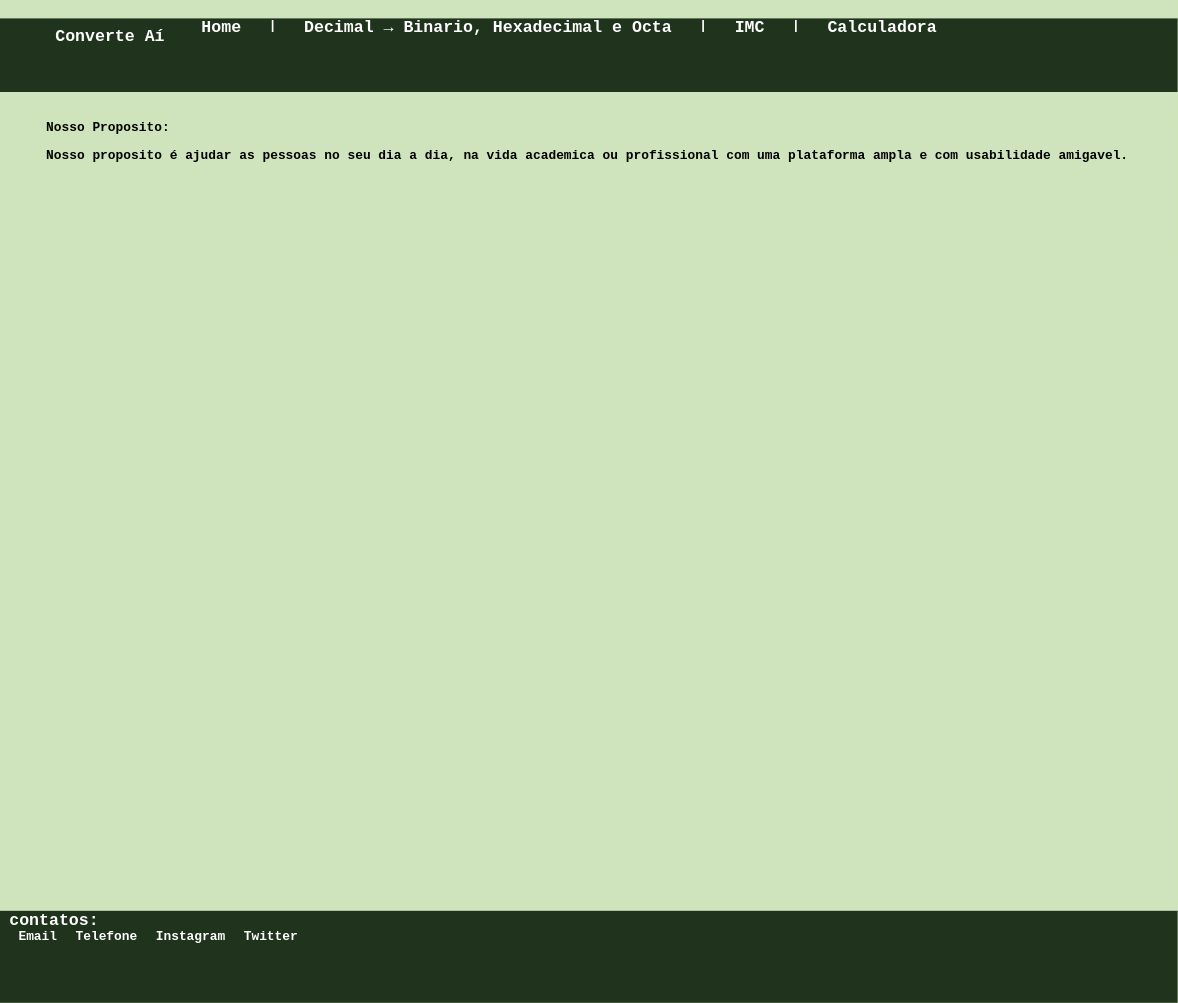
Repository: Frav1u/converteai
Page: ConverteAi/src/main/webapp/home.html
An editor plug-in stored every save of this project. The page is shown before and after the next save, followed by the edit.
The browser window is 1280 px wide. The pictures show the whole page, at 92% of full size.
Some web fonts or font styles are not loaded; a fallback is used.

Above is the page before, as saved 2023-09-30 23:58:27.

### ConverteAi/src/main/webapp/home.html
<!DOCTYPE html>
<html>
<head>
<meta charset="UTF-8">
<title>Converte aí</title>
<link href="https://fonts.googleapis.com/css2?family=Inter:wght@400;700&family=Space+Mono:wght@400;700&display=swap"
        rel="stylesheet">
    <link rel="stylesheet" href="style.css">
</head>
<body>
	<header>
		<nav>
			<ul class="menu">
				<a>Converte Aí</a>
				<li><a href="home.html">Home</a></li>
				<li>  |  </li>
				<li><a href="decimalParaBinario.html">Decimal → Binario, Hexadecimal e Octa</a></li>
				<li>  |  </li>
				<li><a href="imc.html">IMC</a></li>
				<li>  |  </li>
				<li><a href="calculadora.html">Calculadora</a></li>
			</ul>
		</nav>
	</header>
	<main>


		<h1 class="tituloProposito">Nosso Proposito: </h1>
		<p class="proposito">Nosso proposito é ajudar as pessoas no seu dia a dia, na vida academica ou profissional com uma plataforma ampla e com usabilidade amigavel.</p>

	</main>


	<footer>
		<a>contatos: </a>
		<ul class="contatos">
			<li>Email</li>
			<li>Telefone</li>
			<li>Instagram</li>
			<li>Twitter</li>
		</ul>

	</footer>
</body>

</html>

### ConverteAi/src/main/webapp/style.css

* {
    margin: 0;
    padding: 0;
    box-sizing: border-box;
    list-style: none;
    font-family: 'Apotek Bold', monospace;
    font-weight: 600;
    font-size: 14px;
    outline: none;
}

body{
	background-color: #CFE4BC;
}


main{
	height: 860px;
	background-color: #CFE4BC;
}

a{font-size: 18px;
	margin: 10px;


}

.menu{
	color: white;
	display: flex;
	margin-top: 20px;
	margin-left: 50px;

}

.tituloProposito{
	margin-top: 30px;
	margin-left: 50px;

}


.proposito{
	margin-top: 15px;
	margin-left: 50px;

}

li{
	font-size: 14px;
	margin-left: 20px;

}

header{
	background-color: #20331C;
	color: white;
	height: 80px;
	text-decoration: none;
    color: inherit;

}

.contatos{
	display: flex;
}

footer{
	background-color: #20331C;
	color: white;
	height: 100px;

}

conversorBase{
	    display: flex;
    justify-content: center;
}

 a, a:hover, a:focus, a:active {
      text-decoration: none;
      color: inherit;
 }

After the next save:
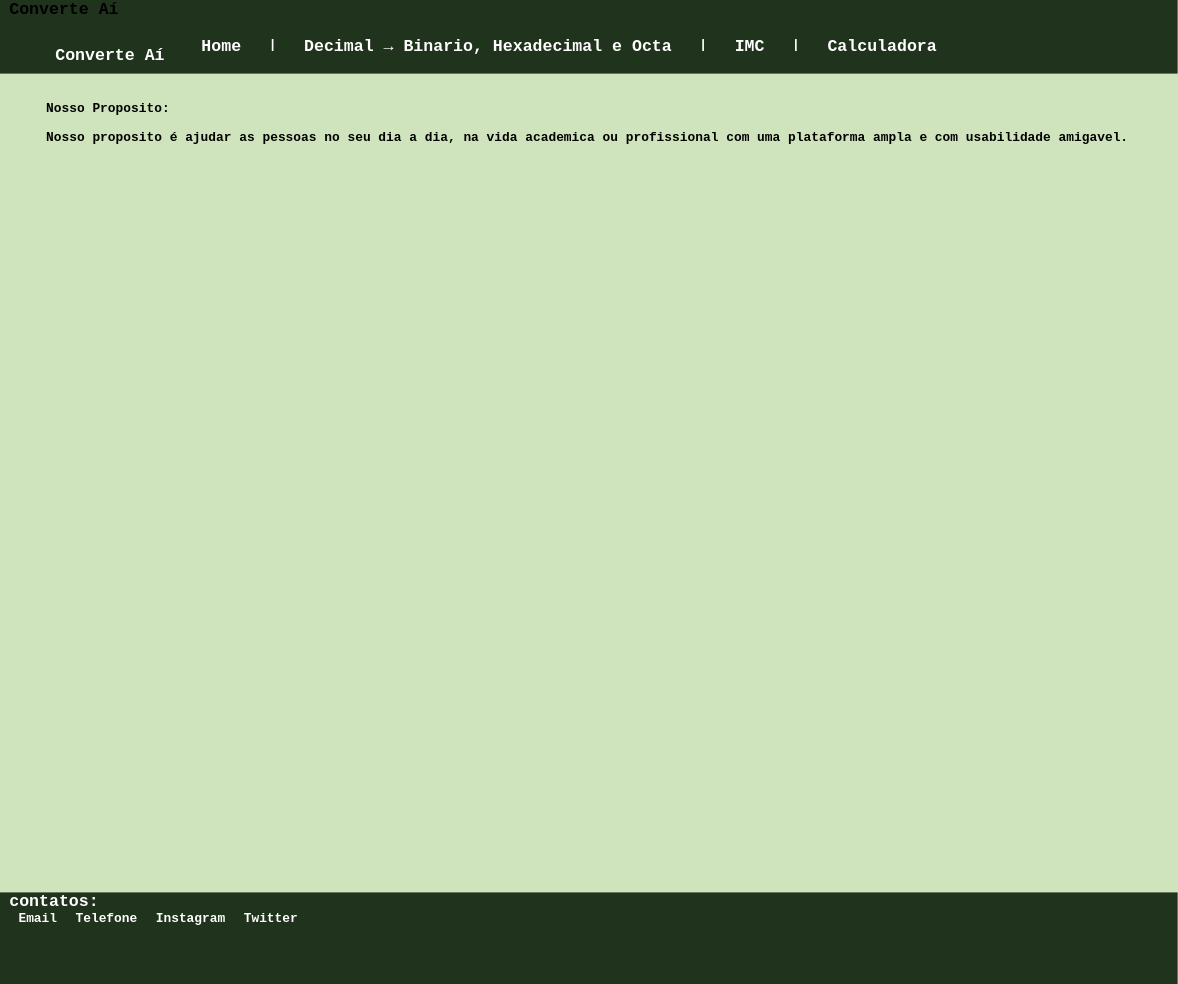
Saved 5 s later.
--- a/ConverteAi/src/main/webapp/home.html
+++ b/ConverteAi/src/main/webapp/home.html
@@ -9,6 +9,8 @@
 </head>
 <body>
 	<header>
+					<a>Converte Aí</a>
+
 		<nav>
 			<ul class="menu">
 				<a>Converte Aí</a>
